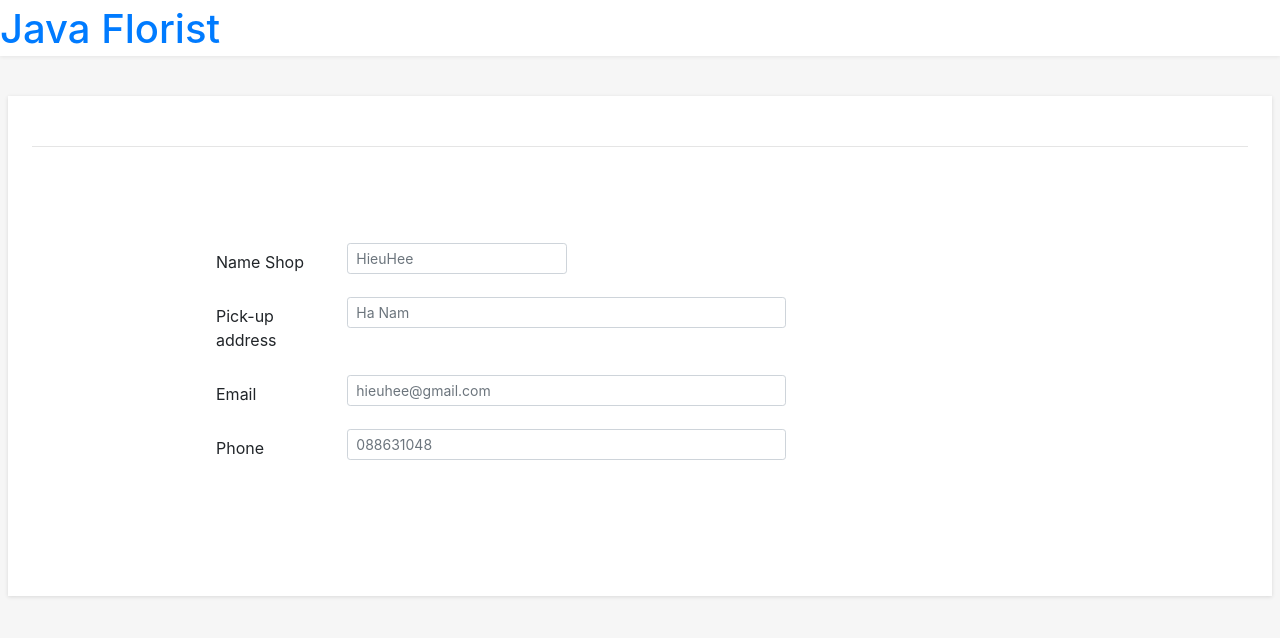
Repository: hienttm/flower-java-florist
Page: JavaFlorist/JavaFlorist/wwwroot/BecomePartner/index.html
These files come from the project's save history. The page is drawn as it stood at one moment and after the next save; the edit follows.
The browser window is 1280 px wide. The pictures show the whole page.
Some web libraries are served in a nearby version.

Above is the page before, as saved 2023-12-29 18:03:36.

After the next save:
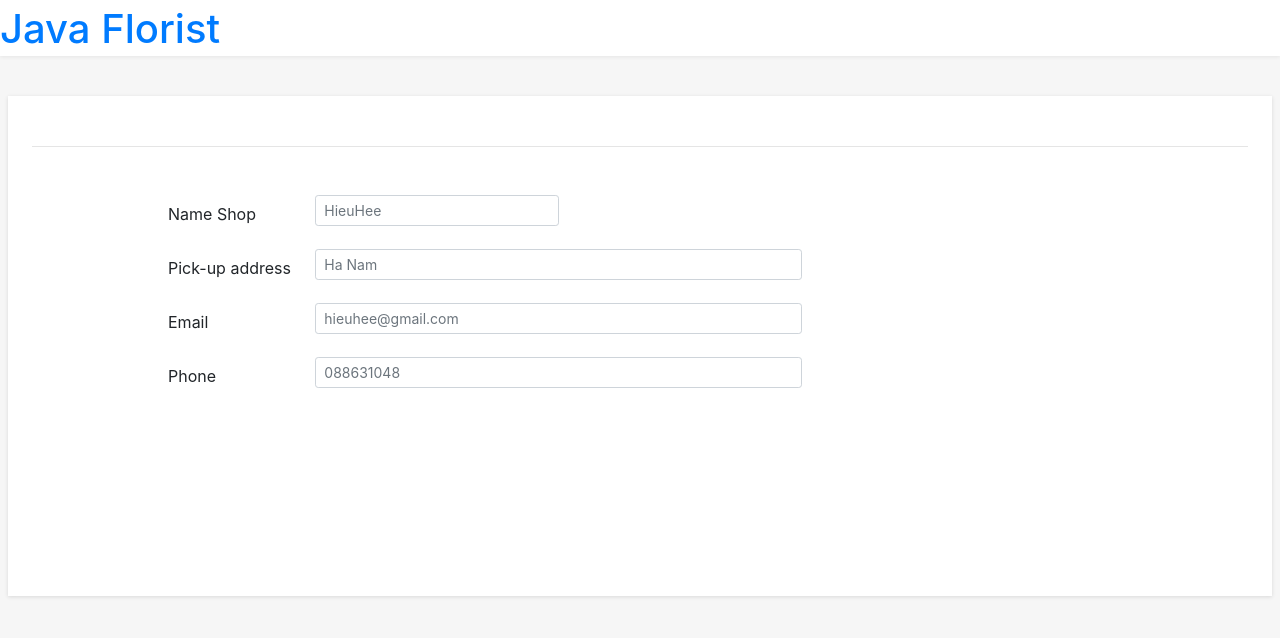
Saved 6 s later.
--- a/JavaFlorist/JavaFlorist/wwwroot/BecomePartner/index.html
+++ b/JavaFlorist/JavaFlorist/wwwroot/BecomePartner/index.html
@@ -29,7 +29,7 @@
                     <div class="flow-step-content">
                         <div class="steps-header"></div>
                         <div class="form-input">
-                            <form class="p-5">
+                            <form class="">
                                 <div class="form-group row">
                                   <label for="text" class="col-sm-2 col-form-label">Name Shop</label>
                                   <div class="w-25">
